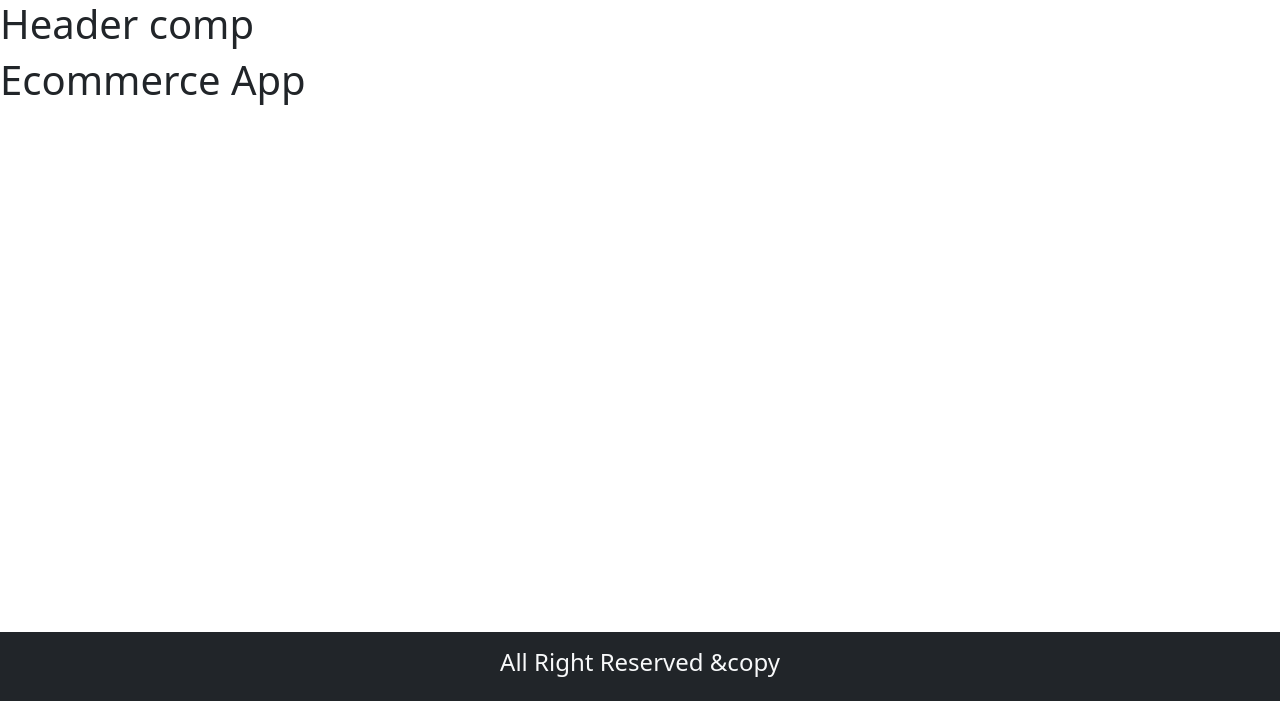
Repository: Abhi2359/SaleXpress
Page: / (app in client/)
These files come from the project's save history. The page is drawn as it stood at one moment and after a run of saves; the edit follows.
The browser window is 1280 px wide. The pictures show the whole page.
The project was rebuilt for these pictures with package versions that can differ from the ones it lists, and the page was loaded fresh each time. Also part of the build but not shown: client/vite.config.js, client/src/App.css.

Above is the page before, as saved 2023-05-08 18:22:12.

### client/index.html
<!DOCTYPE html>
<html lang="en">
  <head>
    <meta charset="UTF-8" />
    <link href="https://cdn.jsdelivr.net/npm/bootstrap@5.3.0-alpha3/dist/css/bootstrap.min.css" rel="stylesheet" integrity="sha384-KK94CHFLLe+nY2dmCWGMq91rCGa5gtU4mk92HdvYe+M/SXH301p5ILy+dN9+nJOZ" crossorigin="anonymous">
    <meta name="viewport" content="width=device-width, initial-scale=1.0" />
    <title>SaleXpress</title>
  </head>
  <body>
    <div id="root"></div>
    <script src="https://cdn.jsdelivr.net/npm/bootstrap@5.3.0-alpha3/dist/js/bootstrap.bundle.min.js" integrity="sha384-ENjdO4Dr2bkBIFxQpeoTz1HIcje39Wm4jDKdf19U8gI4ddQ3GYNS7NTKfAdVQSZe" crossorigin="anonymous"></script>
    <script type="module" src="/src/main.jsx"></script>
  </body>
</html>

### client/src/App.jsx
import { useState } from 'react'


import './App.css'
import Layout from './components/Layout/Layout'
function App() {

  return (
    <>
    <Layout>

     <h1>Ecommerce App</h1>
    </Layout>
    </>
  )
}

export default App

### client/src/index.css

@import url('https://fonts.googleapis.com/css2?family=Heebo:wght@600&family=Kumbh+Sans:wght@800&family=Playfair+Display:wght@700&family=Poppins:ital,wght@0,300;0,400;0,500;1,300;1,600&display=swap');


*{
    margin: 0;
    padding: 0;
    box-sizing: border-box;
}

/* font-family: 'Poppins', sans-serif; */
/* font-family: 'Playfair Display', serif; */

### client/src/components/Layout/Layout.jsx
import React from 'react'
import Header from './Header'
import Footer from './Footer'

const Layout = ({children}) => {
  return (
    <div>
        <Header/>
        <main style={{minHeight:"80vh"}}>

        {children}
        </main>
        <Footer/>
    </div>
  )
}

export default Layout

### client/src/components/Layout/Header.jsx
import React from 'react'

const Header = () => {
  return (
    <div>
        <h1>Header comp</h1>
    </div>
  )
}

export default Header

### client/src/components/Layout/Footer.jsx
import React from 'react'

const Footer = () => {
  return (
    <div className='bg-dark text-light p-3'>
        <h4 className='text-center'> All Right Reserved &copy</h4>
    </div>
  )
}

export default Footer

Loaded but not shown: client/src/main.jsx (common file)

After the next 2 saves:
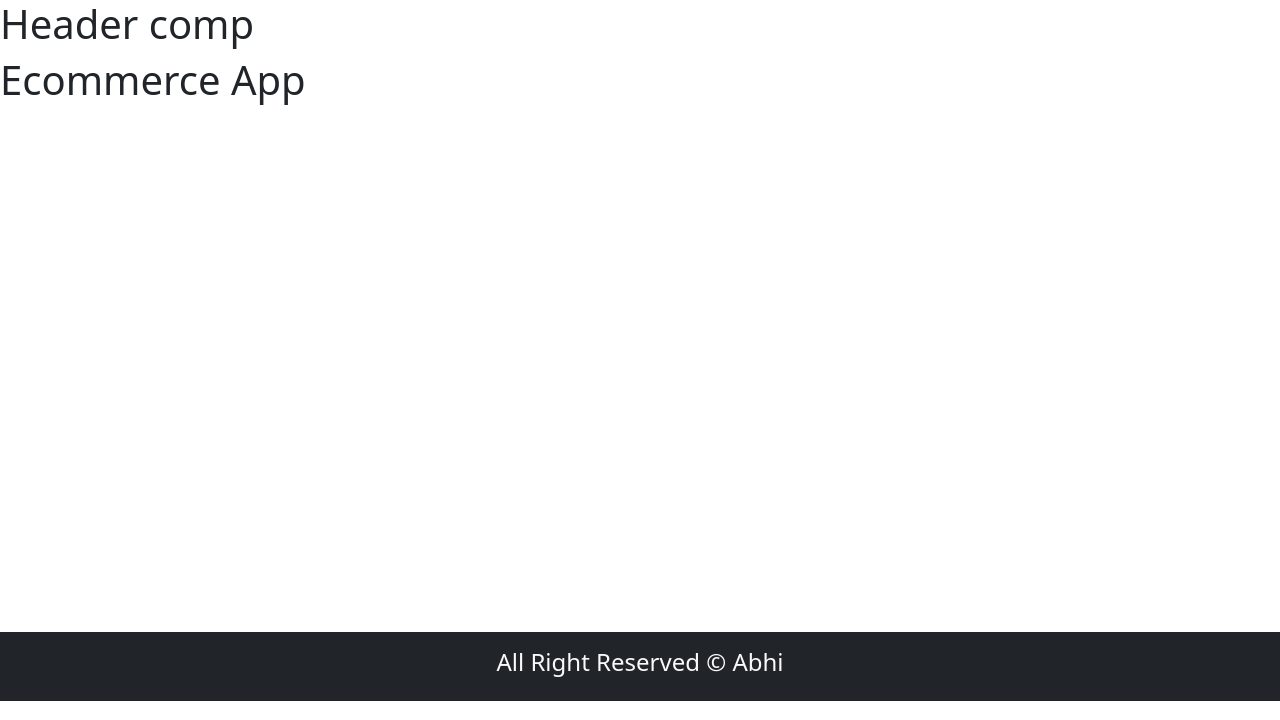
The 2 saves are shown as one change because they came seconds apart.
The last was saved 9 s later.
--- a/client/src/components/Layout/Footer.jsx
+++ b/client/src/components/Layout/Footer.jsx
@@ -3,7 +3,7 @@ import React from 'react'
 const Footer = () => {
   return (
     <div className='bg-dark text-light p-3'>
-        <h4 className='text-center'> All Right Reserved &copy</h4>
+        <h4 className='text-center'> All Right Reserved &copy; Abhi</h4>
     </div>
   )
 }
